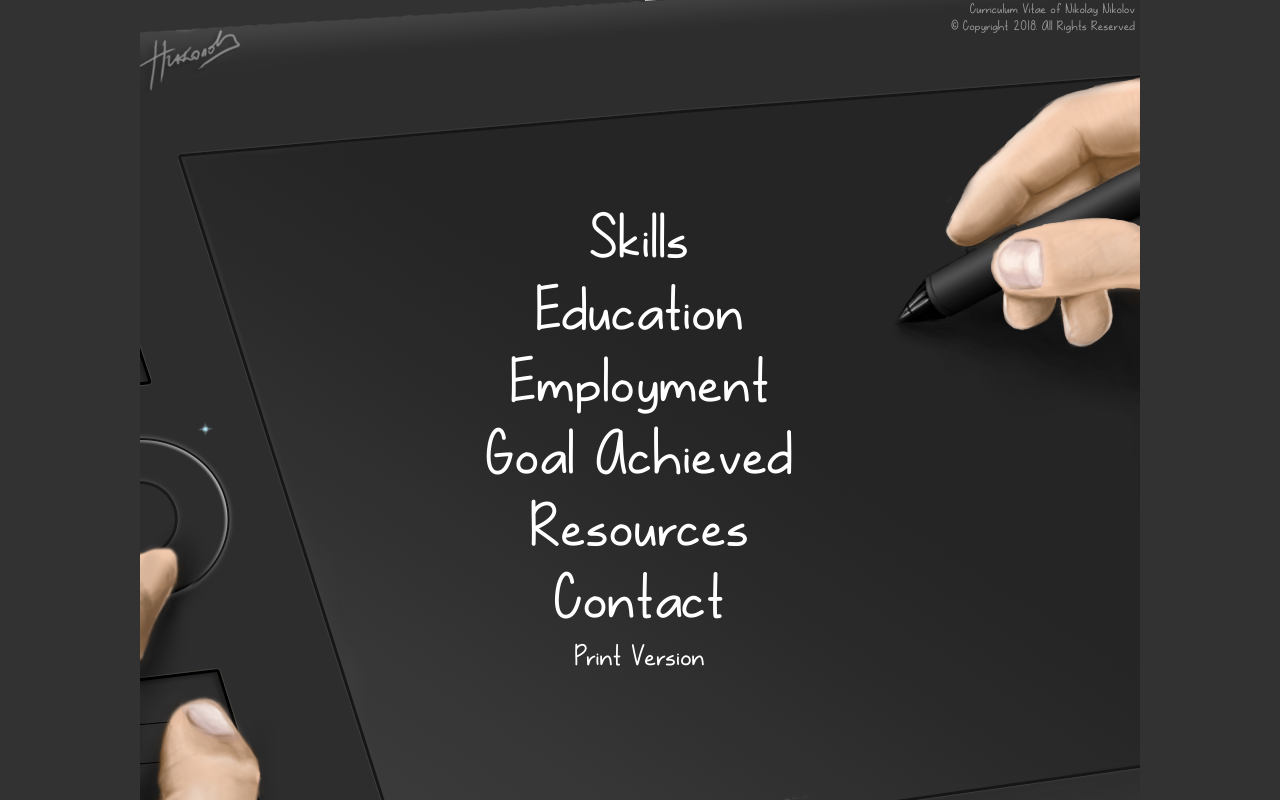
Repository: nikichanko/cv
Page: index.html
An editor plug-in stored every save of this project. The page is shown before and after the next save, followed by the edit.
The browser window is 1280 px wide. The pictures show the whole page.

Above is the page before, as saved 2019-02-01 10:58:30.

After the next save:
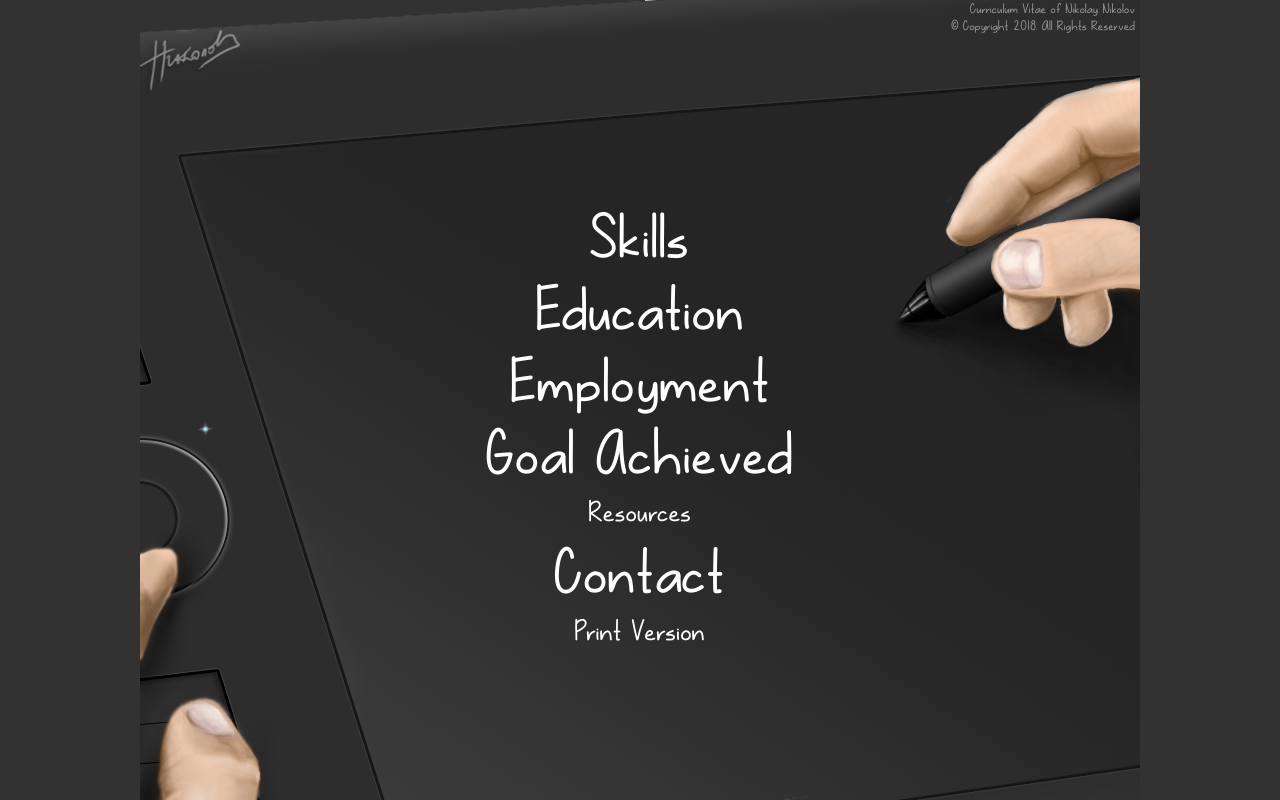
Saved 66 s later.
--- a/index.html
+++ b/index.html
@@ -101,7 +101,7 @@
             </ul>
           </div>
         </div>
-        <div class="item">
+        <div class="item print">
           <span>Resources</span>
         </div>
         <div class="content">

After the save that followed:
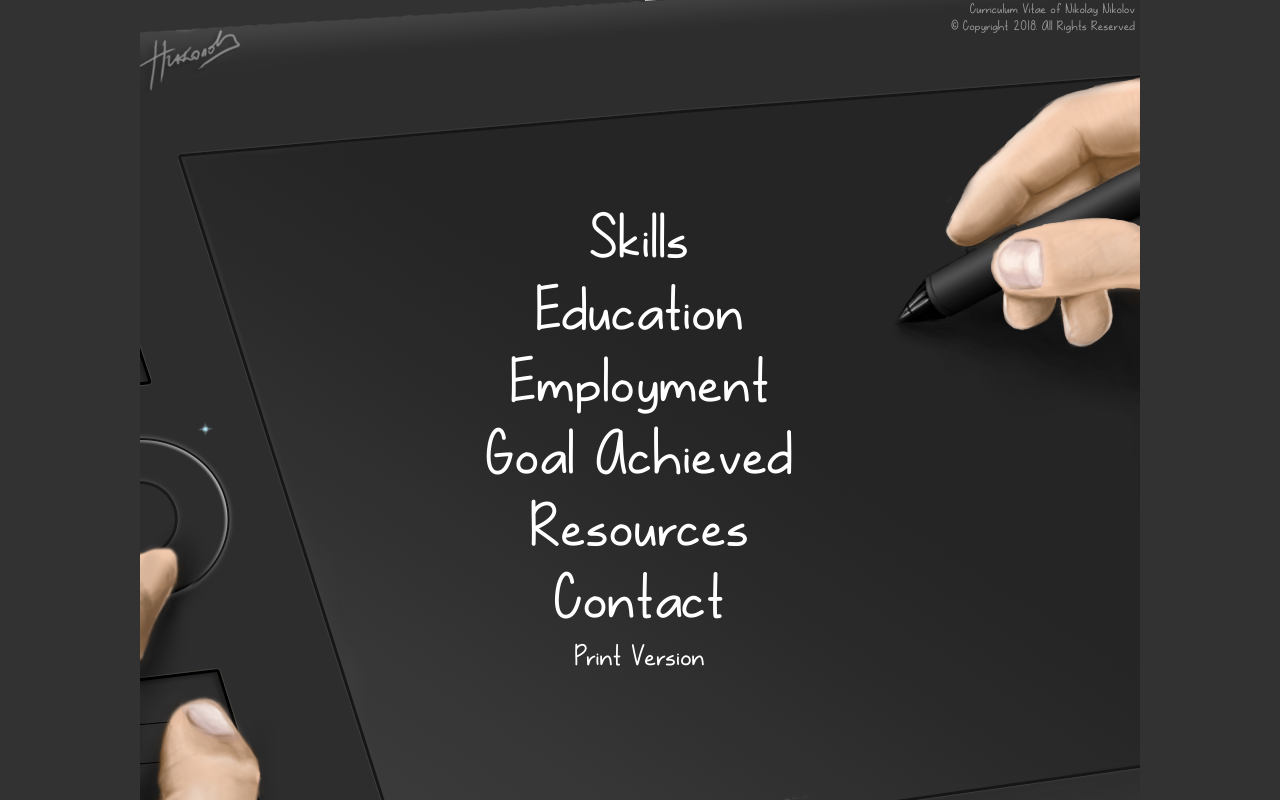
Saved 59 s later.
--- a/index.html
+++ b/index.html
@@ -101,7 +101,7 @@
             </ul>
           </div>
         </div>
-        <div class="item print">
+        <div class="item">
           <span>Resources</span>
         </div>
         <div class="content">
